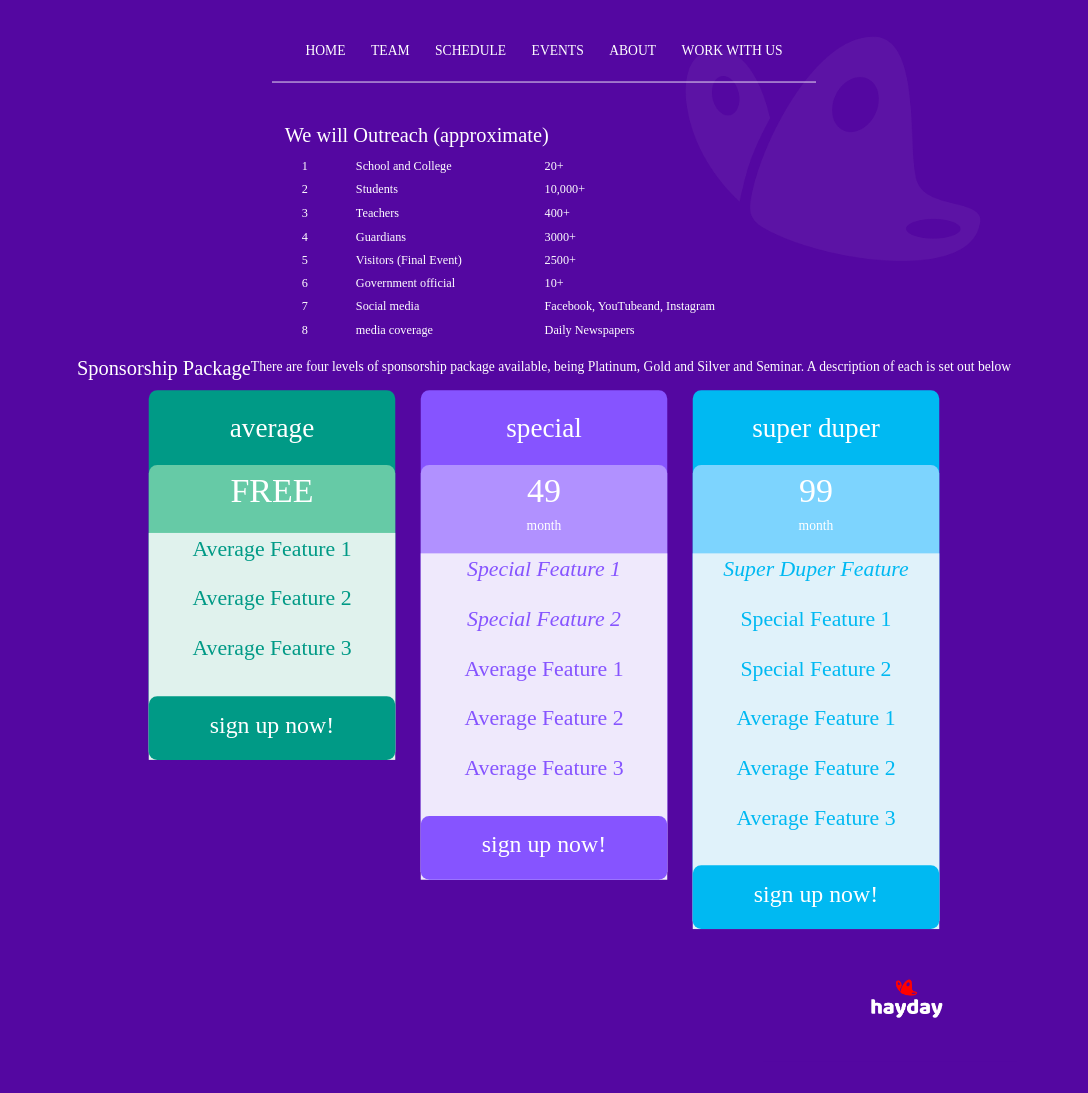
Repository: im1971/company-web
Page: workWithUs.html
These files come from the project's save history. The page is drawn as it stood at one moment and after the next save; the edit follows.
The browser window is 1280 px wide. The pictures show the whole page, at 85% of full size.
Some web fonts or font styles are not loaded; a fallback is used.

Above is the page before, as saved 2020-01-26 11:43:18.

After the next save:
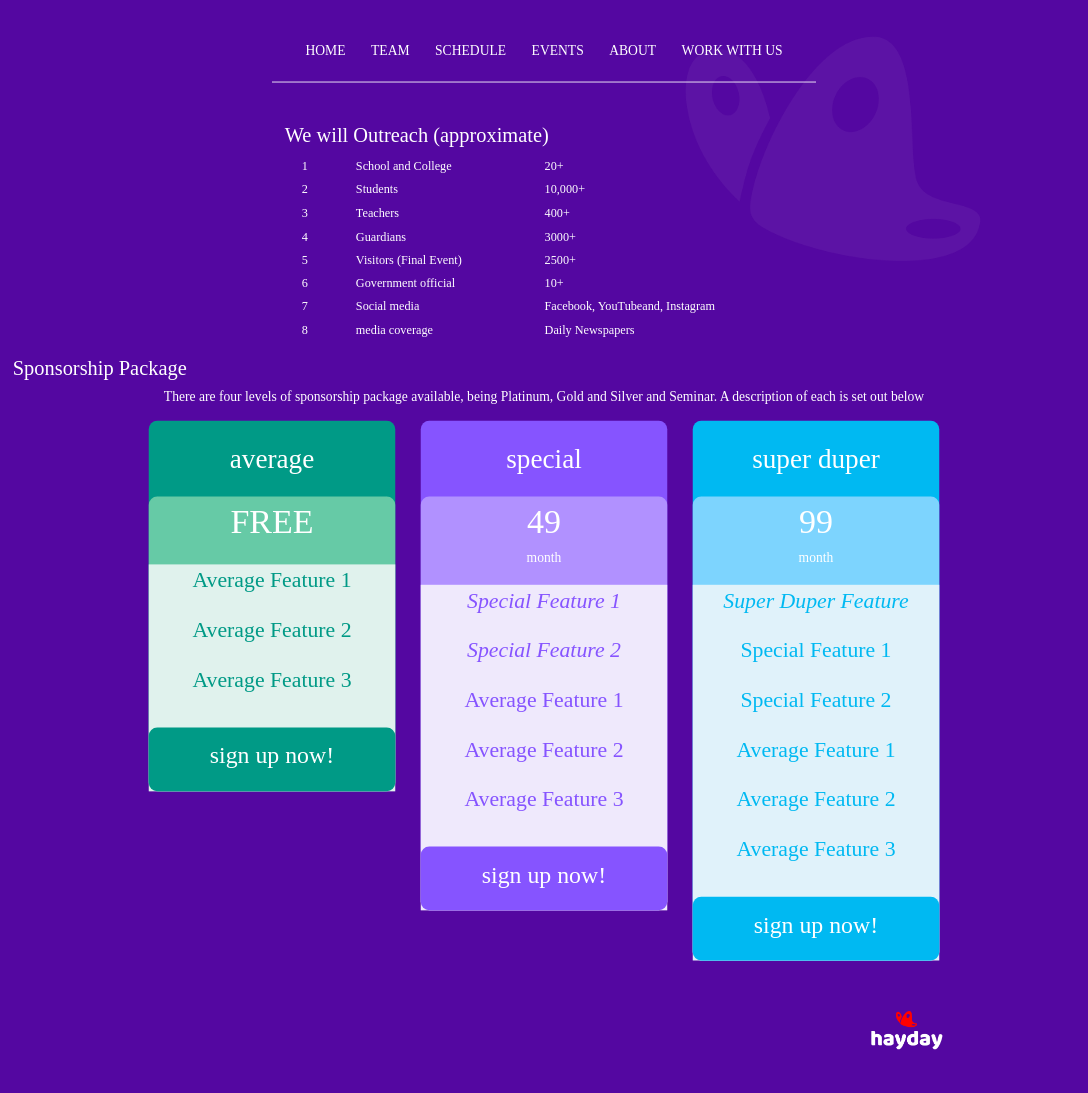
Saved 26 s later.
--- a/workWithUs.html
+++ b/workWithUs.html
@@ -107,10 +107,12 @@
                 </div>
             </div>
             <div class="row justify-content-center">
-                <h4>Sponsorship Package</h4>
-                <p class="text-center">
-                    There are four levels of sponsorship package available, being Platinum, Gold and Silver and Seminar. A description of each is set out below
-                </p>
+                <div class="col-md-12">
+                    <h4>Sponsorship Package</h4>
+                    <p class="text-center">
+                        There are four levels of sponsorship package available, being Platinum, Gold and Silver and Seminar. A description of each is set out below
+                    </p>
+                </div>
                 <div class="col-md-3">
                     <div class="average">
                         <div class="price-package">
